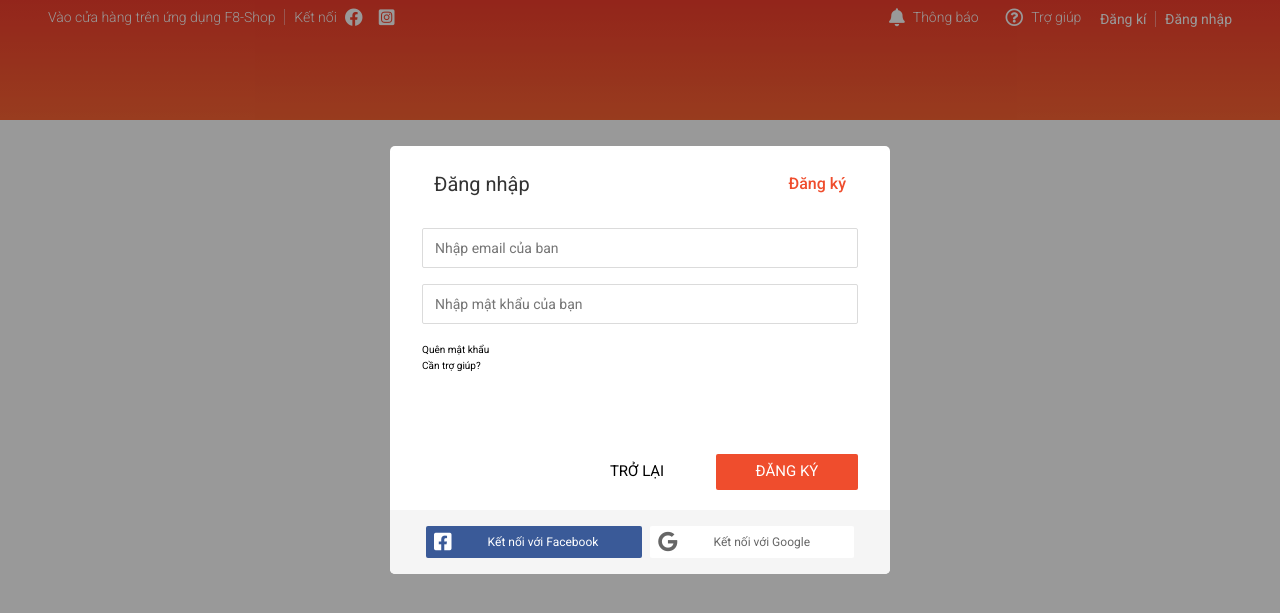
Repository: Phunobita/F8-shop
Page: index.html
An editor plug-in stored every save of this project. The page is shown before and after the next save, followed by the edit.
The browser window is 1280 px wide. The pictures show the whole page.

Above is the page before, as saved 2021-11-24 20:41:25.

After the next save:
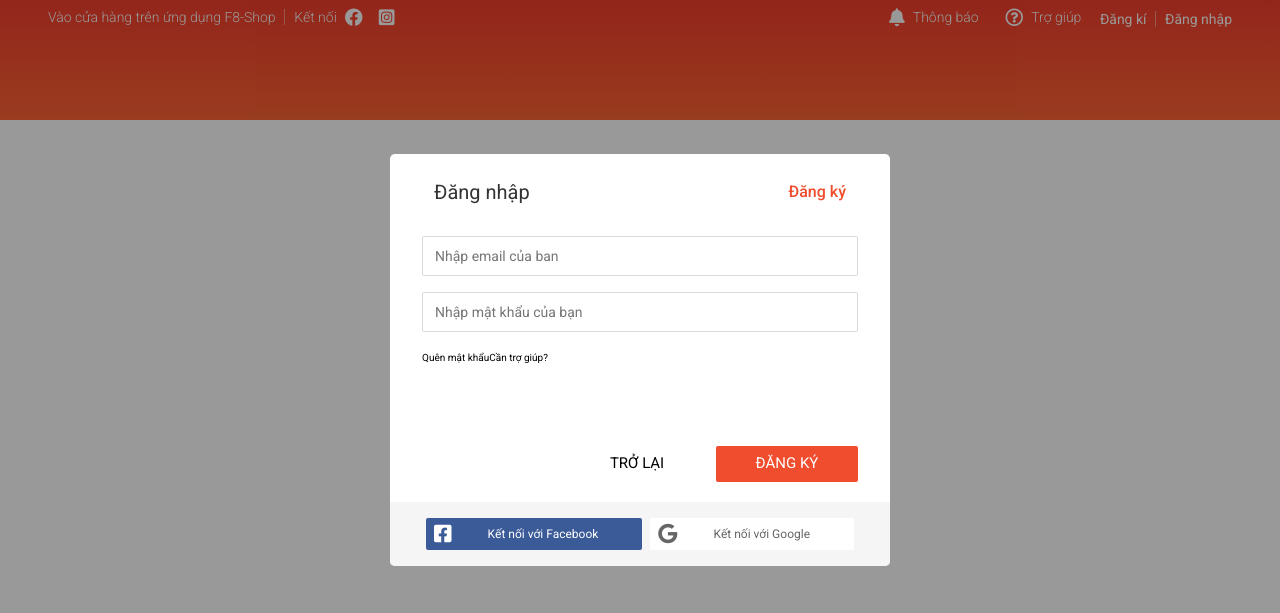
Saved 60 s later.
--- a/assets/css/main.css
+++ b/assets/css/main.css
@@ -308,12 +308,12 @@
   color: #666;
   background-color: var(--white-color);
 }
-
+.auth-form__help {
+  display: flex;
+}
 .auth-form__help-link {
 }
 .auth-form__help-forgot {
 }
 .auth-form__help-sperate {
 }
-.auth-form__help-forgot {
-}
